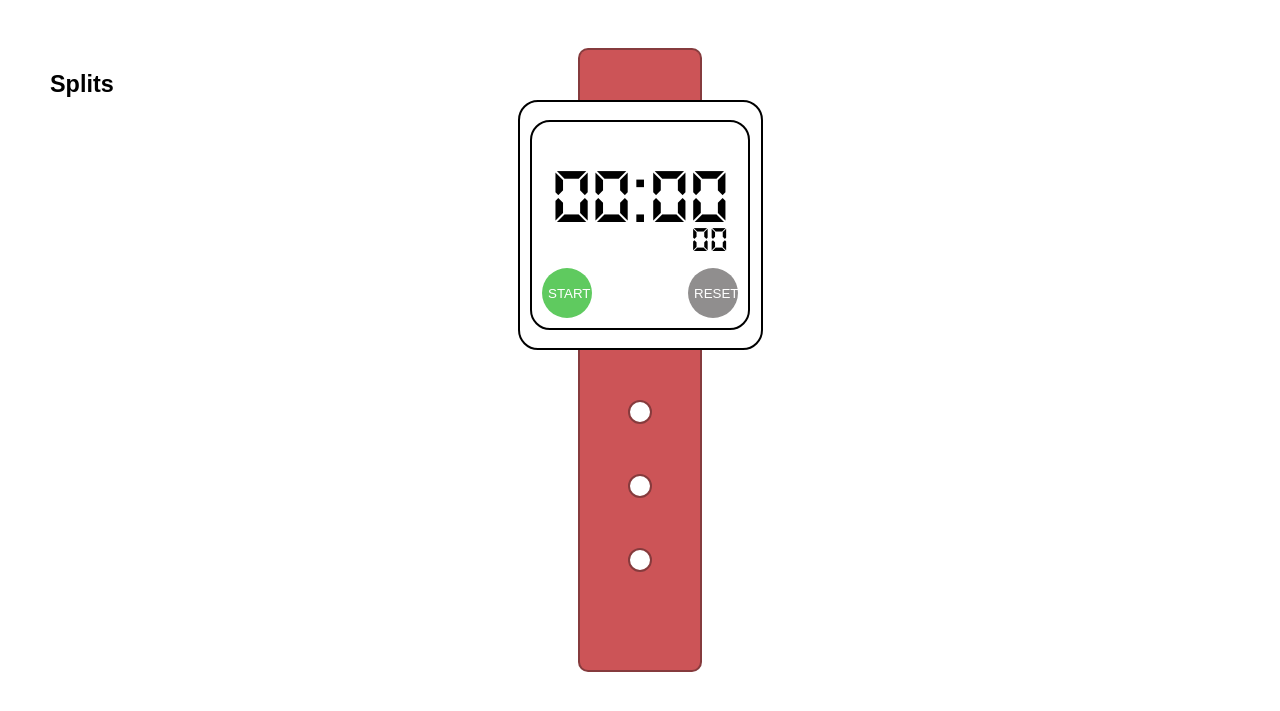
Repository: konstantin0s/lab-chronometer
Page: index.html
The author's editor kept a copy of each file at every save. The page is drawn from the files as they stood at one save, then again after the next save.
The browser window is 1280 px wide. The pictures show the whole page.

Above is the page before, as saved 2019-02-05 10:14:46.

### index.html
<!DOCTYPE html>
<html lang="en">
<head>
  <meta charset="UTF-8">
  <meta name="viewport" content="width=device-width, initial-scale=1.0">
  <meta http-equiv="X-UA-Compatible" content="ie=edge">
  <title>Chronometer</title>
  <link rel="stylesheet" href="stylesheets/styles.css">
</head>
<body>

  <section id="splits-container">
    <h3>Splits</h3>
    <ol id="splits">
    </ol>
  </section>

  <div class="leash leash-top"></div>

  <section id="clock">
    <div id="sphere">
      <span id="minDec" class="number">0</span><span id="minUni" class="number">0</span><span>:</span><span id="secDec" class="number">0</span><span id="secUni" class="number">0</span>

      <div id="milliseconds">
        <span id="milDec">0</span><span id="milUni">0</span>
      </div>

      <button id="btnLeft" class="btn start">START</button> <button id="btnRight" class="btn reset">RESET</button>
    </div>
  </section>

  <div class="leash leash-bottom">
    <div class="hole"></div>
    <div class="hole"></div>
    <div class="hole"></div>
  </div>


  <!-- <script src="javascripts/utils.js"></script>
  <script src="javascripts/chronometer.js"></script>
  <script src="javascripts/main.js"></script> -->
  <script src="javascript/chronometer.js"></script>
  <script src="javascript/main.js"></script>
</body>
</html>

### stylesheets/styles.css
@font-face {
  font-family: "Digi";
  src: url("fonts/ds-digib.ttf");
}

body {
  font-family: Arial;
  font-size: 80px;
  font-weight: bold;
  padding: 40px 0;
}

#clock {
  border: 2px solid #000;
  border-radius: 20px;
  box-sizing: border-box;
  height: 250px;
  margin: 0 auto;
  padding: 18px 0;
  width: 245px;
}

#sphere {
  border: 2px solid #000;
  border-radius: 20px;
  box-sizing: border-box;
  font-family: "Digi";
  font-size: 80px;
  height: 210px;
  margin: 0 auto;
  padding: 35px 0;
  position: relative;
  text-align: center;
  width: 220px;
}

#splits-container {
  font-size: 20px;
  font-weight: 100;
  position: absolute;
  left: 50px;
}

#splits-container li {
  padding-bottom: 5px;
  text-align: right;
}

#milliseconds {
  font-size: 36px;
  margin-top: -15px;
  position: absolute;
  right: 20px;
}

.leash {
  background: rgb(204, 84, 87);
  border: 2px solid rgb(134, 59, 61);
  height: 50px;
  margin: 0 auto;
  width: 120px;
}

.leash-top {
  border-bottom: 0;
  border-top-left-radius: 10px;
  border-top-right-radius: 10px;
}

.leash-bottom {
  border-bottom-left-radius: 10px;
  border-bottom-right-radius: 10px;
  border-top: 0;
  height: 270px;
  padding-top: 50px;
}

.hole {
  background: #fff;
  border: 2px solid rgb(134, 59, 61);
  border-radius: 100%;
  height: 20px;
  margin: 0 auto 50px;
  width: 20px;
}

.number {
  display: inline-block;
  width: 40px;
}

.btn {
  border: 0;
  border-radius: 100%;
  bottom: 10px;
  color: #fff;
  cursor: pointer;
  height: 50px;
  outline: 0;
  position: absolute;
  width: 50px;
}

.btn.start,
.btn.stop {
  left: 10px;
}

.btn.reset,
.btn.split {
  right: 10px;
}

.btn.start { background: #5fca5f; }
.btn.stop  { background: #f14949; }
.btn.reset { background: #908e8e; }
.btn.split { background: #0851ab; }

### javascript/chronometer.js

// var time = 0;
// var running = 0;

// function startPause() {
//   if (running == 0) {
//     running = 1;
//     increment();
//     document.getElementById("startPause").innerHTML = "Pause";
//   } else {
//     running = 0;
//     document.getElementById("startPause").innerHTML = "Resume";
//   }
// }

// function reset() {
//   running = 0;
//   time = 0;
//   document.getElementById("startPause").innerHTML = "Start";
// }

// function increment() {
//   if (running == 1) {
//    setTimeout(function() {
//     time++;
//     var seconds = Math.floor(time/10/60);
//     var minutes = Math.floor(time/10/60);
//      var tenth = time % 10;
//      if (minutes < 10); {
//        minutes = "0" + minutes;
//      }  if (seconds < 10);
//     seconds = "0" + seconds;
//     increment();
//   document.getElementById("output").innerHTML = minutes + ":" + seconds + ":" + "0" + tenth;

//    }, 100);
//   }
//   }

// function startPause() {
//   if (running == 0) {
//     running = 1;
//     increment();
//     document.getElementById("startPause").innerHTML = "Pause";
//   } else {
//     running = 0;
//     document.getElementById("startPause").innerHTML = "Resume";
//   }
// }


// function timer() {
//   currentTime = setTimeout(start, 1000);
// }
// timer();

// function start() {
//   seconds++;
//   if (seconds >= 60) {
//     seconds = 0;
//     minutes++;
//     if (minutes >= 20) {
//         minutes = 0;
//     }
//   }
// }


// // Constructor
// function Chronometer() {

// this.currentTime = 0;
// this.intervalId = 0;

// }

// // The setInterval will be assigned to our intervalId property,
// //  this way we will be able to clear it later on.

// Chronometer.prototype.startClick = function () {
//     this.startClick = function() {
//     // var seconds = 0;
//     intervalId = setInterval(function(){
//     currentTime++; }, 1000);

//      }

    //  var myChronometer = {
    //    seconds: 0,
    //    minuts: 0,
    //    intervalId: 0,
    //    startClick: function() {
    //          this.intervalId = setInterval(function() {
    //            this.seconds++;
    //          }.bind(this),1000);
    //    },
    //    setMinutes: function() {
    //      this.seconds++
    //    },

    //  }

    // console.log(seconds);
// };

// Chronometer.prototype.setMinutes = function () {

// };

// Chronometer.prototype.setSeconds = function () {

// };

// Chronometer.prototype.twoDigitsNumber = function () {

// };

// Chronometer.prototype.setTime = function () {

// };

// Chronometer.prototype.setMilliseconds = function () {

// };

// Chronometer.prototype.stopClick = function () {

// };

// Chronometer.prototype.resetClick = function () {

// };

// Chronometer.prototype.splitClick = function () {

// };

### javascript/main.js
// var chronometer = new Chronometer();
var btnLeft     = document.getElementById('btnLeft');
var btnRight    = document.getElementById('btnRight');
var minDec      = document.getElementById('minDec');
var minUni      = document.getElementById('minUni');
var secDec      = document.getElementById('secDec');
var secUni      = document.getElementById('secUni');
var milDec      = document.getElementById('milDec');
var milUni      = document.getElementById('milUni');

var currentTime = 0;
var intervalId = 0;  //0stop; 1 running.
var seconds= 0;
var minutes = 0;
// var minutes = Math.floor((minutes % (1000 * 60 * 60)) / (1000 * 60));
// var seconds = Math.floor((seconds % (1000 * 60)) / 1000);

// function start() {
//   status = 1;
//   timer();
// }

// function stop() {
//   currentTime++

//   if (currentTime / 60 == 1) {
//     // setInterval(function() {

//     // })
//      currentTime = 0;
//      milUni.innerHTML = currentTime++;
//      if (milDec / 60 == 1) {
//       currentTime = 0;
//       milDec.innerHTML = currentTime++;
//      }
//      if (secUni / 60 == 1) {
//       currentTime = 0;
//       secUni.innerHTML = currentTime++;
//      } if (secDec / 60 == 1) {
//       currentTime = 0;
//       secDec.innerHTML = currentTime++;
//      } if (minUni / 60 == 1) {
//       currentTime = 0;
//       minUni.innerHTML = currentTime++;
//      } if (minDec / 60 == 1) {
//       currentTime = 0;
//       minDec.innerHTML = currentTime++;
//      }
//   }
//   //
// }

// window.setInterval(stop, 1000);

// function reset() {
// status = 0;
// intervalId = 0;
// }

// function timer() {
//   if (status == 1) {
//     var intervalId = setInterval(function() {
//       currentTime++;
//       minDec =  Math.floor(intervalId/100/60);
//       secDec =  Math.floor(intervalId/100);
//       milDec = intervalId % 100;

//        if (minDec < 10) {
//         minDec = "0" + minDec;
//        }
//        if (secDec >= 60) {
//         secDec = secDec % 60;
//        }
//        if(secDec < 10) {
//         secDec = "0" + secDec;
//        }

//        minDec.innerHTML = minDec;
//        secDec.innerHTML = secDec;
//        milDec.innerHTML = milDec;

//     }, 10)
//   }
// }


 btnLeft.addEventListener("click", function(event) {
  if (intervalId == 0) { //start if pause
    intervalId = setInterval(function() {
      seconds++;
      secDec.innerText = seconds;
      if (seconds >= 60) {
          // clearInterval(intervalId);
        minute = minutes + 1;
         minDec.innerText = minutes++;
         if (minDec >= 60) {
          minDec = 0;
         }
      }
      console.log(seconds);
      console.log(minutes);
      btnLeft.innerHTML = "PAUSE";
    }, 100);
  } else { //pause if started
      clearInterval(intervalId);
      btnLeft.innerHTML = "START";
  }

});

// function reset() {

//   // currentTime = 0;
//   // secDec.innerHTML = currentTime;
//   clearInterval(intervalId);
//   intervalId = 0;
//   console.log(currentTime);
//   btnLeft.innerHTML = "START";

// }

btnRight.addEventListener("click", function() {
  // clearInterval(intervalId); // resets
   reset();
})



// function printTime() {

// }

// function printMinutes() {

// }

// function printSeconds() {

// }

// function printMilliseconds() {

// }

// function printSplit() {

// }

// function clearSplits() {

// }

// function setStopBtn() {

// }

// function setSplitBtn() {

// }

// function setStartBtn() {

// }

// function setResetBtn() {

// }

// // Start/Stop Button
// btnLeft.addEventListener('click', function () {

// });

// // Reset/Split Button
// btnRight.addEventListener('click', function () {

// });

After the next save:
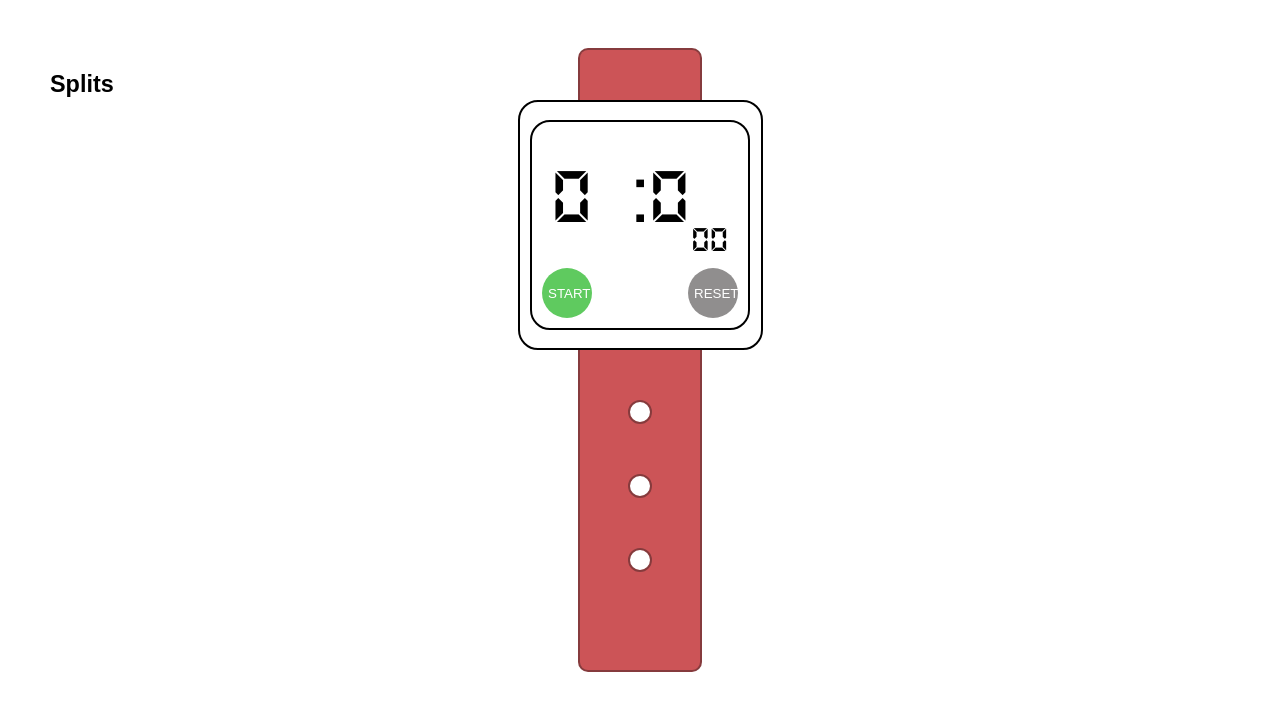
Saved 79 s later.
--- a/index.html
+++ b/index.html
@@ -19,7 +19,7 @@
 
   <section id="clock">
     <div id="sphere">
-      <span id="minDec" class="number">0</span><span id="minUni" class="number">0</span><span>:</span><span id="secDec" class="number">0</span><span id="secUni" class="number">0</span>
+      <span id="minDec" class="number">0</span><span id="minUni" class="number"></span><span>:</span><span id="secDec" class="number">0</span><span id="secUni" class="number"></span>
 
       <div id="milliseconds">
         <span id="milDec">0</span><span id="milUni">0</span>
